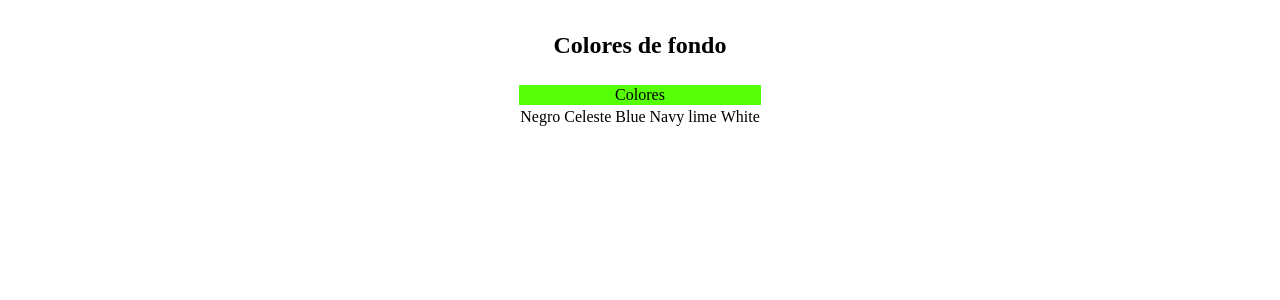
Repository: ThePerez/ArgProg
Page: Practicas ArgProg/Practica 3/Ejercicio 5/index.html
These files come from the project's save history. The page is drawn as it stood at one moment and after a run of saves; the edit follows.
The browser window is 1280 px wide. The pictures show the whole page.

Above is the page before, as saved 2023-03-14 12:03:45.

### Practicas ArgProg/Practica 3/Ejercicio 5/index.html
<!DOCTYPE html>
<html lang="en">

<head>
     <meta charset="UTF-8">
     <meta http-equiv="X-UA-Compatible" content="IE=edge">
     <meta name="viewport" content="width=device-width, initial-scale=1.0">
     <title>Ejercicio 5</title>
     <link rel="stylesheet" href="styles.css">
</head>

<body>
     <div class="principal">
          <p id="title">Colores de fondo</p>
          <table class="table">
               <tr>
                    <td id="colores" colspan="7">Colores</td>
               </tr>

               <tr>
                    <td id="black">Negro</td>
                    <td id="celeste">Celeste</td>
                    <td id="blue">Blue</td>
                    <td id="navy">Navy</td>
                    <td id="lime">lime</td>
                    <td id="white">White</td>
               </tr>
          </table>
     </div>
</body>

</html>

### Practicas ArgProg/Practica 3/Ejercicio 5/styles.css
#title{
     font-weight: bold;
     font-size: x-large;
     text-align: center;
}

.principal{
     display: grid;
     place-content: center;

}

.table{
     border: 1px;
}

#colores{
     background-color: rgb(86, 255, 8);
     text-align: center;
}

After the next 2 saves:
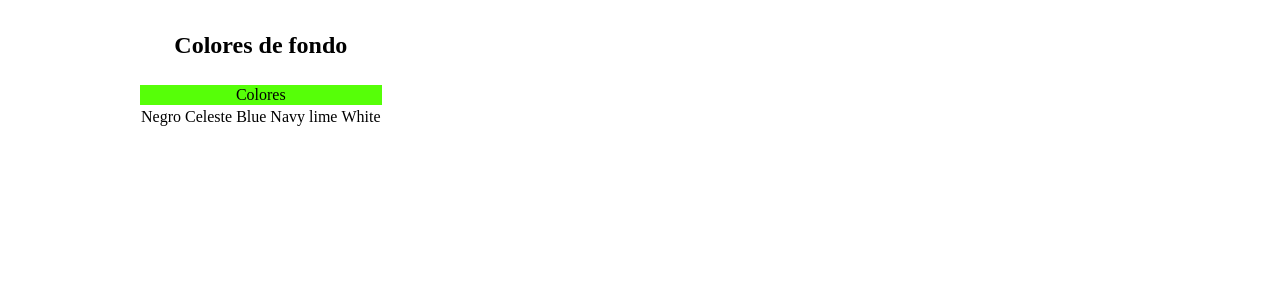
The 2 saves are shown as one change because they came seconds apart.
The last was saved 27 s later.
--- a/Practicas ArgProg/Practica 3/Ejercicio 5/styles.css
+++ b/Practicas ArgProg/Practica 3/Ejercicio 5/styles.css
@@ -7,6 +7,7 @@
 .principal{
      display: grid;
      place-content: center;
+     width: 40%;
 
 }
 
